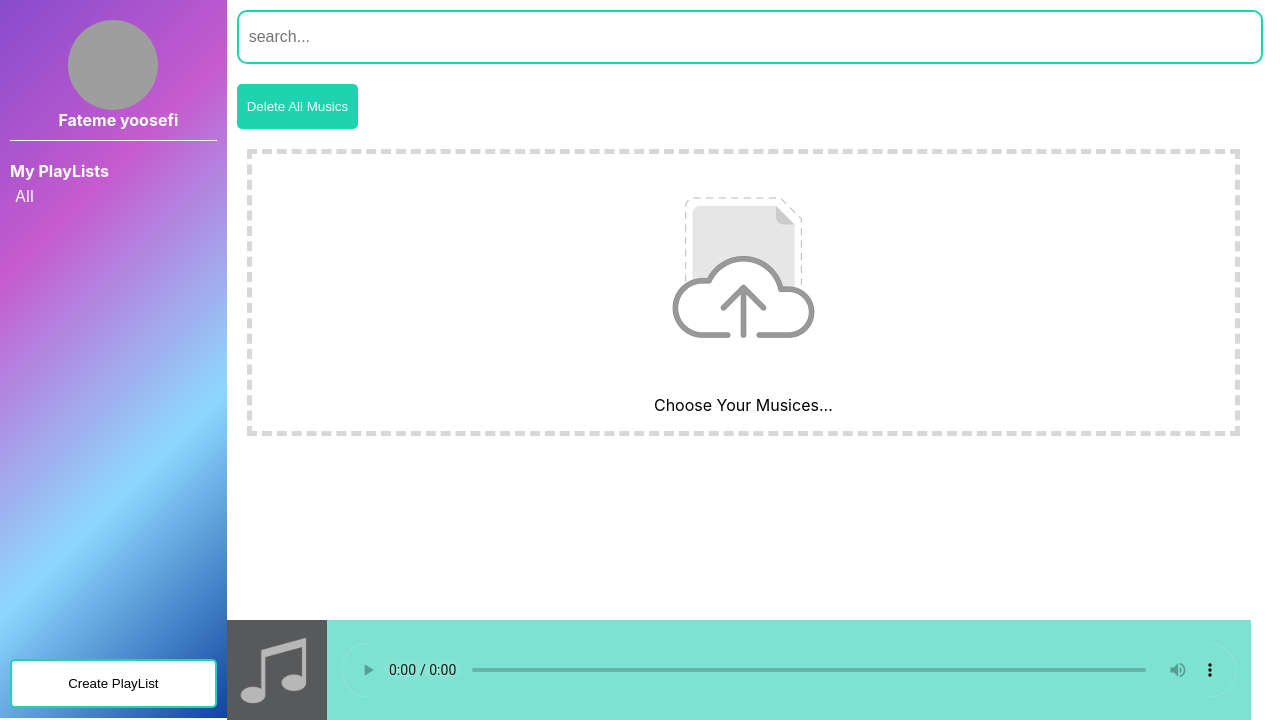
Repository: fateme81yosefi/musicPlayer
Page: /
The author's editor kept a copy of each file at every save. The page is drawn from the files as they stood at one save, then again after the next save.
The browser window is 1280 px wide. The pictures show the whole page.
Pictures or frames that could not be fetched are drawn as grey boxes. The project was rebuilt for these pictures with package versions that can differ from the ones it lists, and the page was loaded fresh each time.

Above is the page before, as saved 2025-06-28 13:46:18.

After the next save:
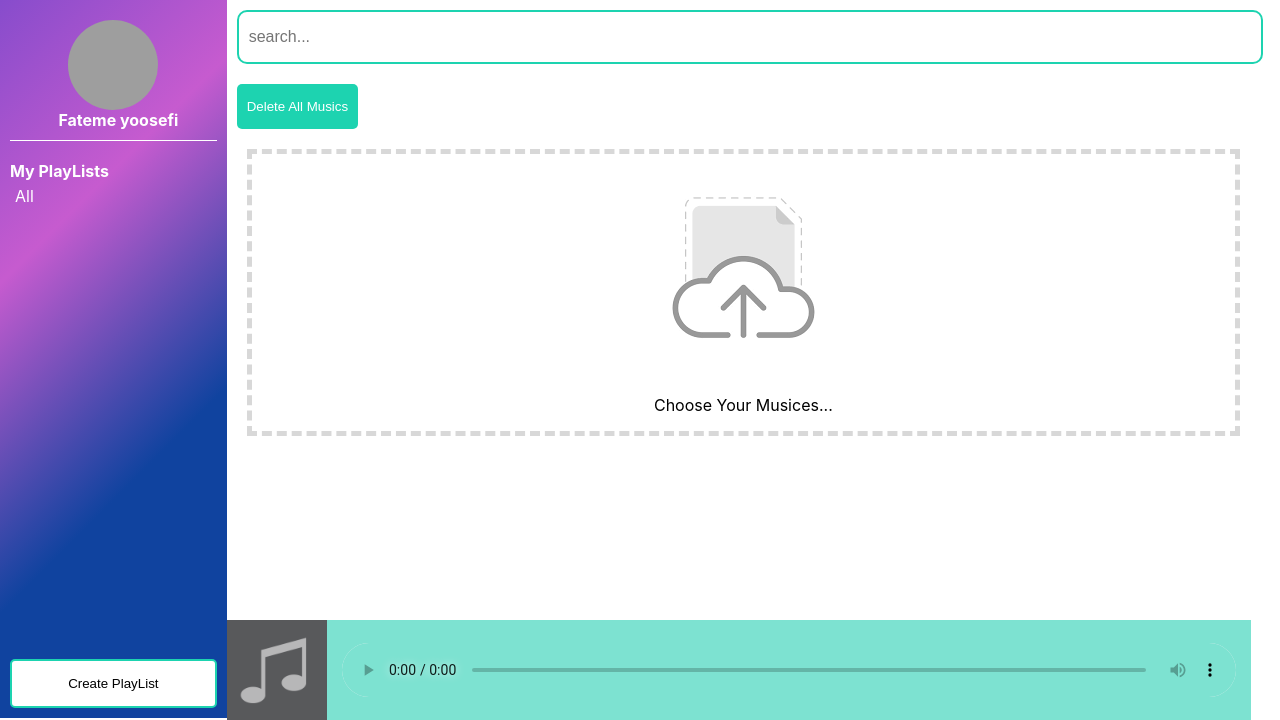
Saved 10 s later.
--- a/src/Components/MainPage/MainPage.css
+++ b/src/Components/MainPage/MainPage.css
@@ -8,7 +8,7 @@
     135deg,
     #874CCC 0%,
     #C65BCF 30%,
-    #8dd8ff 65%,
+    #10439F 65%,
     #10439F 100%
   );
   width: 20%;
